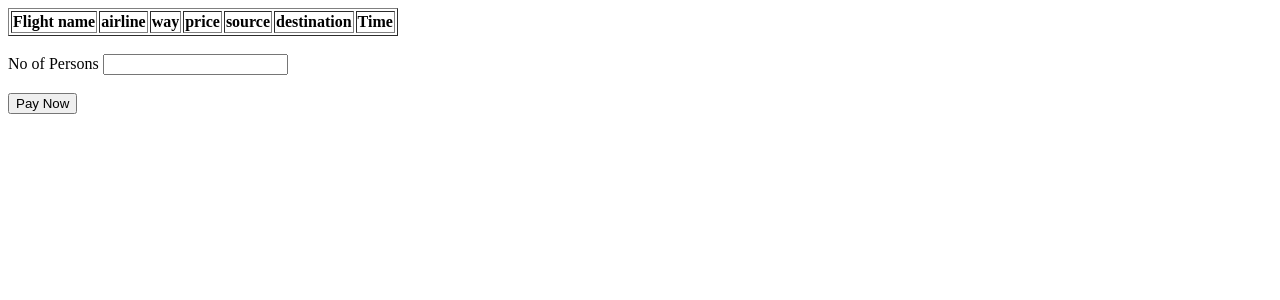
Repository: manishmachha/Project-FlyAway
Page: http://localhost/FlyAway/showdetails.jsp
An editor plug-in stored every save of this project. The page is shown before and after the next save, followed by the edit.
The browser window is 1280 px wide. The pictures show the whole page.
The page is served by Tomcat 9. The database holds what the project's SQL file puts in it.

Above is the page before, as saved 2022-01-04 07:51:38.

### FlyAway/src/main/webapp/showdetails.jsp
<%@ page language="java" contentType="text/html; charset=ISO-8859-1"
	pageEncoding="ISO-8859-1"%>
<%@page import="java.sql.*"%>
<%
String SOURCE = request.getParameter("source");
String DESTINATION = request.getParameter("destination");
String time="10:45 PM";
Class.forName("com.mysql.jdbc.Driver");
String url = "jdbc:mysql://localhost:3306/flyaway";
String user = "root";
String pass = "2020";
String sql = "select * from flights where source='" + SOURCE + "'and destination='" + DESTINATION + "'";
Connection con = DriverManager.getConnection(url, user, pass);
Statement st = con.createStatement();
ResultSet rs = st.executeQuery(sql);
%>
<table border="1">
	<tr>
		<th>Flight name</th>
		<th>airline</th>
		<th>way</th>
		<th>price</th>
		<th>source</th>
		<th>destination</th>
		<th>Time</th>
	</tr>
	<%
	while (rs.next()) {
	%>
	<tr>
		<td><%=rs.getString(1)%></td>
		<td><%=rs.getString(2)%></td>
		<td><%=rs.getString(3)%></td>
		<td><%=rs.getString(4)+"/-"%></td>
		<td><%=rs.getString(5)%></td>
		<td><%=rs.getString(6)%></td>
		<td><%=time%></td>
	</tr>
	<%
	}
	%>
</table>
</br>
<form action="payment.jsp" method="post">
	No of Persons <input type="number" name="no of persons"></br>
	</br> <input type="submit" value="Pay Now">

</form>

### FlyAway/Databases/Flyaway.sql (the tables this page reads)
CREATE TABLE `flights` (
  `NAME` varchar(10) DEFAULT NULL,
  `AIRLINE` varchar(20) DEFAULT NULL,
  `WAY` varchar(20) DEFAULT NULL,
  `PRICE` varchar(10) DEFAULT NULL,
  `source` varchar(20) DEFAULT NULL,
  `destination` varchar(20) DEFAULT NULL
) ENGINE=InnoDB DEFAULT CHARSET=utf8mb4 COLLATE=utf8mb4_0900_ai_ci;

INSERT INTO `flights` VALUES ('INDG1','INDIGO','HYD-DEL','5000','Hyderabad','Delhi'),('INDG2','INDIGO','HYD-KOL','5000','Hyderabad','Kolkata'),('INDG3','INDIGO','HYD-MUM','5000','Hyderabad','Mumbai'),('INDG4','INDIGO','HYD-BAN','5000','Hyderabad','Bangalore'),('KING1','KINGFISHER','DEL-KOL','5000','Delhi','Kolkata'),('KING2','KINGFISHER','DEL-MUM','5000','Delhi','Mumbai'),('KING3','KINGFISHER','DEL-BAN','5000','Delhi','Bangalore'),('KING4','KINGFISHER','DEL-HYD','5000','Delhi','Hyderabad'),('SPIC1','SPICE JET','KOL-MUM','5000','Kolkata','Mumbai'),('SPIC2','SPICE JET','KOL-BAN','5000','Kolkata','Bangalore'),('SPIC3','SPICE JET','KOL-HYD','5000','Kolkata','Hyderabad'),('SPIC4','SPICE JET','KOL-DEL','5000','Kolkata','Delhi'),('AIRN1','AIR INDIA','MUM-BAN','5000','Mumbai','Bangalore'),('AIRN2','AIR INDIA','MUM-HYD','5000','Mumbai','Hyderabad'),('AIRN3','AIR INDIA','MUM-DEL','5000','Mumbai','Delhi'),('AIRN4','AIR INDIA','MUM-KOL','5000','Mumbai','Kolkata'),('TRUJ1','TRUE JET','BAN-HYD','5000','Bangalore','Hyderabad'),('TRUJ2','TRUE JET','BAN-DEL','5000','Bangalore','Delhi'),('TRUJ3','TRUE JET','BAN-KOL','5000','Bangalore','Kolkata'),('TRUJ4','TRUE JET','BAN-MUM','5000','Bangalore','Mumbai');

After the next save:
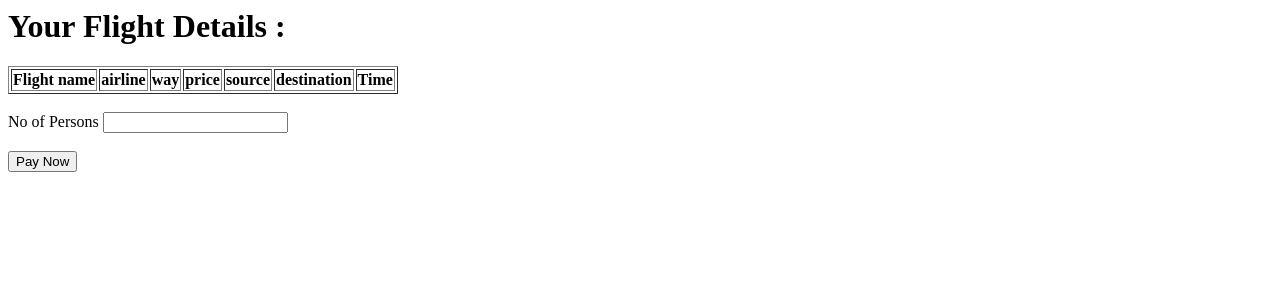
Saved 3 min 40 s later.
--- a/FlyAway/src/main/webapp/showdetails.jsp
+++ b/FlyAway/src/main/webapp/showdetails.jsp
@@ -14,6 +14,7 @@ Connection con = DriverManager.getConnection(url, user, pass);
 Statement st = con.createStatement();
 ResultSet rs = st.executeQuery(sql);
 %>
+<h1>Your Flight Details :</h1>
 <table border="1">
 	<tr>
 		<th>Flight name</th>
